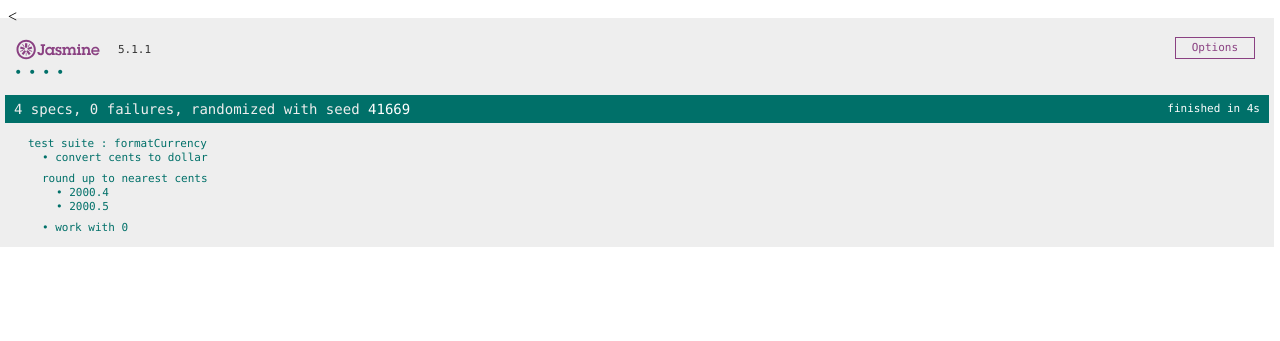
Repository: Gaurav124937/Javascirpt-amazon-clone
Page: tests-jasmine/tests.html
An editor plug-in stored every save of this project. The page is shown before and after the next save, followed by the edit.
The browser window is 1280 px wide. The pictures show the whole page.

Above is the page before, as saved 2026-10-14 20:01:09.

After the next save:
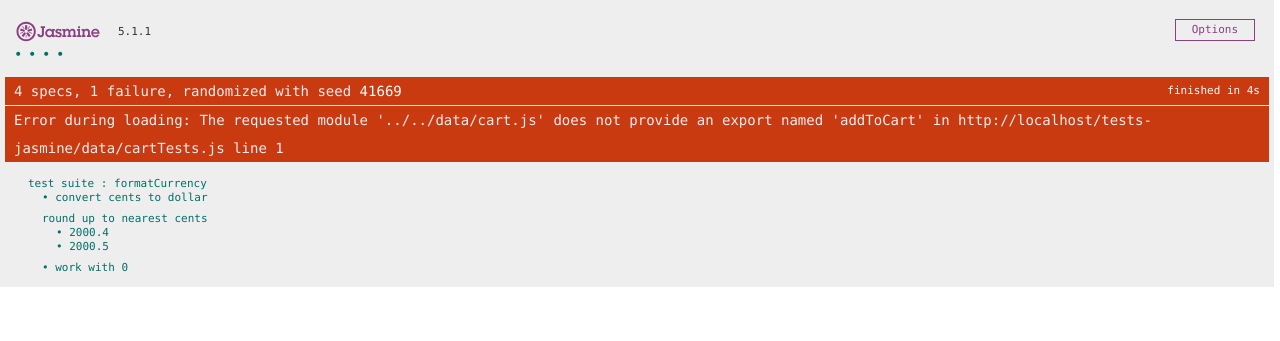
Console error (its wording comes from the project's code and is left out).
Saved 93 s later.
--- a/tests-jasmine/tests.html
+++ b/tests-jasmine/tests.html
@@ -13,8 +13,9 @@
   <!-- optional: include a file here that configures the Jasmine env -->
   <script src="lib/jasmine-5.1.1/boot1.js"></script>
 
-  <
-  <script src="moneyTest.js" type="module"></script>
+
+  <script src="utils/moneyTest.js" type="module"></script>
+  <script src="data/cartTests.js" type="module"></script>
 
 </head>
 

After the 2 saves that followed:
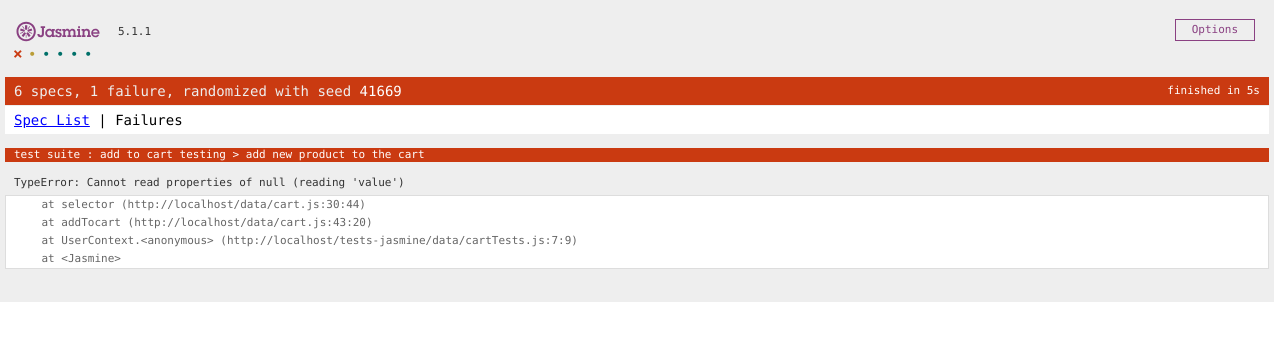
The error is gone.
The 2 saves are shown as one change because 1 left the picture as it was.
The last was saved 82 s later.
--- a/tests-jasmine/data/cartTests.js
+++ b/tests-jasmine/data/cartTests.js
@@ -1,10 +1,10 @@
-import { addToCart } from '../../data/cart.js';
+import { addTocart ,cart} from '../../data/cart.js';
 describe('test suite : add to cart testing',()=>{
     it('adds existing product to the cart',()=>{
 
     });
     it('add new product to the cart',()=>{
-        addToCart('e43638ce-6aa0-4b85-b27f-e1d07eb678c6');
+        addTocart('e43638ce-6aa0-4b85-b27f-e1d07eb678c6');
         expect(cart.length).toEqual('1');
     });
 
